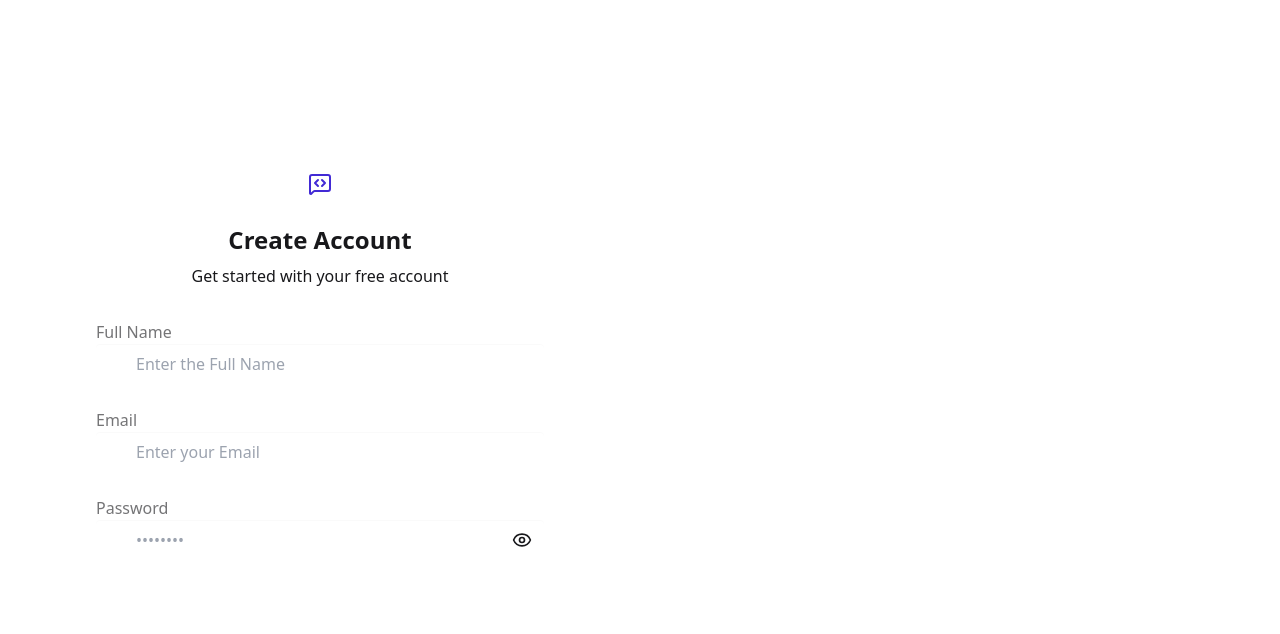
Repository: Subhashree-Nayak507/Chat_Application
Page: /signup (app in frontend/)
An editor plug-in stored every save of this project. The page is shown before and after the next save, followed by the edit.
The browser window is 1280 px wide. The pictures show the whole page.
The page's requests for data from a server got no answer. The project was rebuilt for these pictures with package versions that can differ from the ones it lists, and the page was loaded fresh each time. No one was signed in, and anything a server would have sent is missing. Also part of the build but not shown: frontend/vite.config.js, frontend/src/pages/LoginPage.jsx, frontend/src/pages/SettingsPage.jsx, frontend/src/pages/ProfilePage.jsx, frontend/src/pages/HomePage.jsx.

Above is the page before, as saved 2024-12-15 09:22:47.

### frontend/src/App.jsx
import React,{useEffect} from 'react'
import { Route, Routes,Navigate } from 'react-router-dom'
import Navbar from './components/Navbar'
import SignUpPage from './pages/SignUpPage'
import LoginPage from './pages/LoginPage'
import SettingsPage from './pages/SettingsPage'
import ProfilePage from './pages/ProfilePage'
import HomePage from './pages/HomePage'
import { useAuthStore } from './store/useAuthStore'
import {Loader } from 'lucide-react'

const App = () => {
  const {authUser,checkAuth,isCheckingAuth} = useAuthStore();

  useEffect(() => {
    checkAuth();
  }, []);
  console.log({authUser});
  if(isCheckingAuth && !authUser) return (
    <div className='flex items-center justify-center h-screen'>
      <Loader className="size-10 animate-spin" />
    </div>
  )

  return (
    <div >
     <Navbar />
     <Routes >
     <Route path="/" element={authUser ? <HomePage /> : <Navigate to="/login" />} />
        <Route path="/signup" element={!authUser ? <SignUpPage /> : <Navigate to="/" />} />
        <Route path="/login" element={!authUser ? <LoginPage /> : <Navigate to="/" />} />
        <Route path="/settings" element={<SettingsPage />} />
        <Route path="/profile" element={authUser ? <ProfilePage /> : <Navigate to="/login" />} />
     </Routes>
    </div>
  )
}

export default App

### frontend/src/pages/SignUpPage.jsx
import React, { useState } from 'react'
import { useAuthStore } from '../store/useAuthStore';
import { Eye, EyeOff, Lock, Mail, MessageSquare, MessageSquareCode, User } from 'lucide-react';

const SignUpPage = () => {
  const[showPassword,setShowPassword] = useState(false);
  const [formData,setFormData]= useState({
    fullName:"",
    email:"",
    password:"",
  });

  const { signup,isSigningUp }= useAuthStore();

  const validateForm = ()=>{

  }
  const handleSubmit = (e)=>{
    e.preventDefault();
  }
  return (
    <div className='min-h-screen grid lg:grid-cols-2'>
      {/* left side */}
      <div className='flex flex-col justify-center items-center p-6 sm:p-12'>
        <div className='w-full max-w-md space-y-8'>
            {/* LOGO */}
          <div className="text-center mb-8">
            <div className="flex flex-col items-center gap-2 group">
              <div
                className="size-12 rounded-xl bg-primary/10 flex items-center justify-center
              group-hover:bg-primary/20 transition-colors"
              >
                <MessageSquareCode className="size-6 text-primary" />
              </div>
              <h1 className="text-2xl font-bold mt-2">Create Account</h1>
              <p className="text-base-content/60">Get started with your free account</p>
            </div>
          </div>
          <form onSubmit = {handleSubmit} className='space-y-6'>
          <div className="form-control">
              <label className="label">
                <span className="label-text font-medium">Full Name</span>
              </label>
              <div className="relative">
                <div className="absolute inset-y-0 left-0 pl-3 flex items-center pointer-events-none">
                  <User className="size-5 text-base-content/40" />
                </div>
                <input
                  type="text"
                  className={`input input-bordered w-full pl-10`}
                  placeholder="Enter the Full Name"
                  value={formData.fullName}
                  onChange={(e) => setFormData({ ...formData, fullName: e.target.value })}
                />
              </div>
            </div>

            <div className="form-control">
              <label className="label">
                <span className="label-text font-medium">Email</span>
              </label>
              <div className="relative">
                <div className="absolute inset-y-0 left-0 pl-3 flex items-center pointer-events-none">
                  <Mail className="size-5 text-base-content/40" />
                </div>
                <input
                  type="email"
                  className={`input input-bordered w-full pl-10`}
                  placeholder="Enter your Email"
                  value={formData.email}
                  onChange={(e) => setFormData({ ...formData, email: e.target.value })}
                />
              </div>
            </div>

          <div className="form-control">
              <label className="label">
                <span className="label-text font-medium">Password</span>
              </label>
              <div className="relative">
                <div className="absolute inset-y-0 left-0 pl-3 flex items-center pointer-events-none">
                  <Lock className="size-5 text-base-content/40" />
                </div>
                <input
                  type={showPassword ? "text" : "password"}
                  className={`input input-bordered w-full pl-10`}
                  placeholder="••••••••"
                  value={formData.password}
                  onChange={(e) => setFormData({ ...formData, password: e.target.value })}
                />
                <button
                  type="button"
                  className="absolute inset-y-0 right-0 pr-3 flex items-center"
                  onClick={() => setShowPassword(!showPassword)}
                >
                  {showPassword ? (
                    <EyeOff className="size-5 text-base-content/40" />
                  ) : (
                    <Eye className="size-5 text-base-content/40" />
                  )}
                </button>
              </div>
            </div>
          </form>
        </div>
      </div>

    </div>
  )
}

export default SignUpPage

### frontend/src/store/useAuthStore.js
import { create } from "zustand";
import {axiosInstance } from "../lib/axios.js"

export const useAuthStore = create((set)=>({
    authUser:null,
    isSigningUp:false,
    isLoggingIn: false,
    isUpdatingProfile:false,

    isCheckingAuth:true,

    checkAuth :async()=>{
        try{
           const res = await axiosInstance.get("/auth/check");
           set({authUser:res.data})
        }catch(error){
            set({authUser:null})
        }finally{
            set({isCheckingAuth:false});
        }
    },


}))

### frontend/src/lib/axios.js
import axios from 'axios';

export const axiosInstance = axios.create({
    baseURL:"http://localhost:5001/api",
    withCredentials:true,
})

Loaded but not shown: frontend/index.html (common file); frontend/src/main.jsx (common file); frontend/src/index.css (common file); frontend/src/components/Navbar.jsx (common file); frontend/tailwind.config.js (common file)

After the next save:
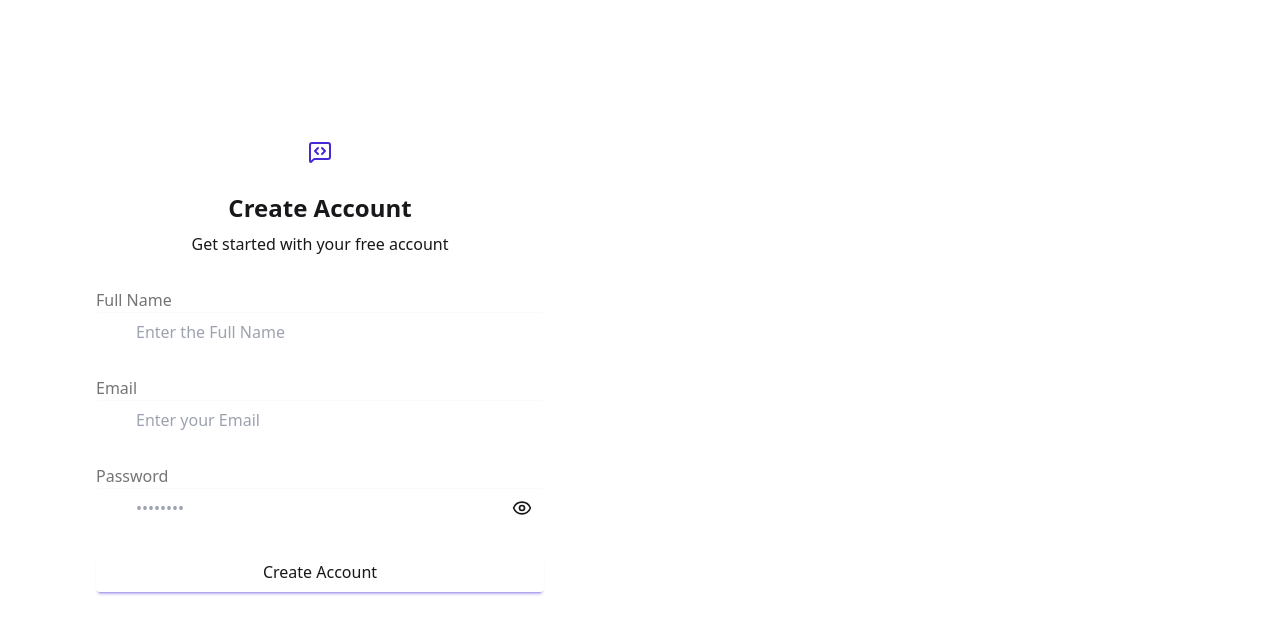
Saved 115 s later.
--- a/frontend/src/pages/SignUpPage.jsx
+++ b/frontend/src/pages/SignUpPage.jsx
@@ -1,6 +1,6 @@
 import React, { useState } from 'react'
 import { useAuthStore } from '../store/useAuthStore';
-import { Eye, EyeOff, Lock, Mail, MessageSquare, MessageSquareCode, User } from 'lucide-react';
+import { Eye, EyeOff, Loader2, Lock, Mail, MessageSquare, MessageSquareCode, User } from 'lucide-react';
 
 const SignUpPage = () => {
   const[showPassword,setShowPassword] = useState(false);
@@ -101,6 +101,17 @@ const SignUpPage = () => {
                 </button>
               </div>
             </div>
+            <button type="submit" className="btn btn-primary w-full" disabled={isSigningUp}>
+              {isSigningUp ? (
+                <>
+                  <Loader2 className="size-5 animate-spin" />
+                  Loading...
+                </>
+              ) : (
+                "Create Account"
+              )}
+            </button>
+
           </form>
         </div>
       </div>
